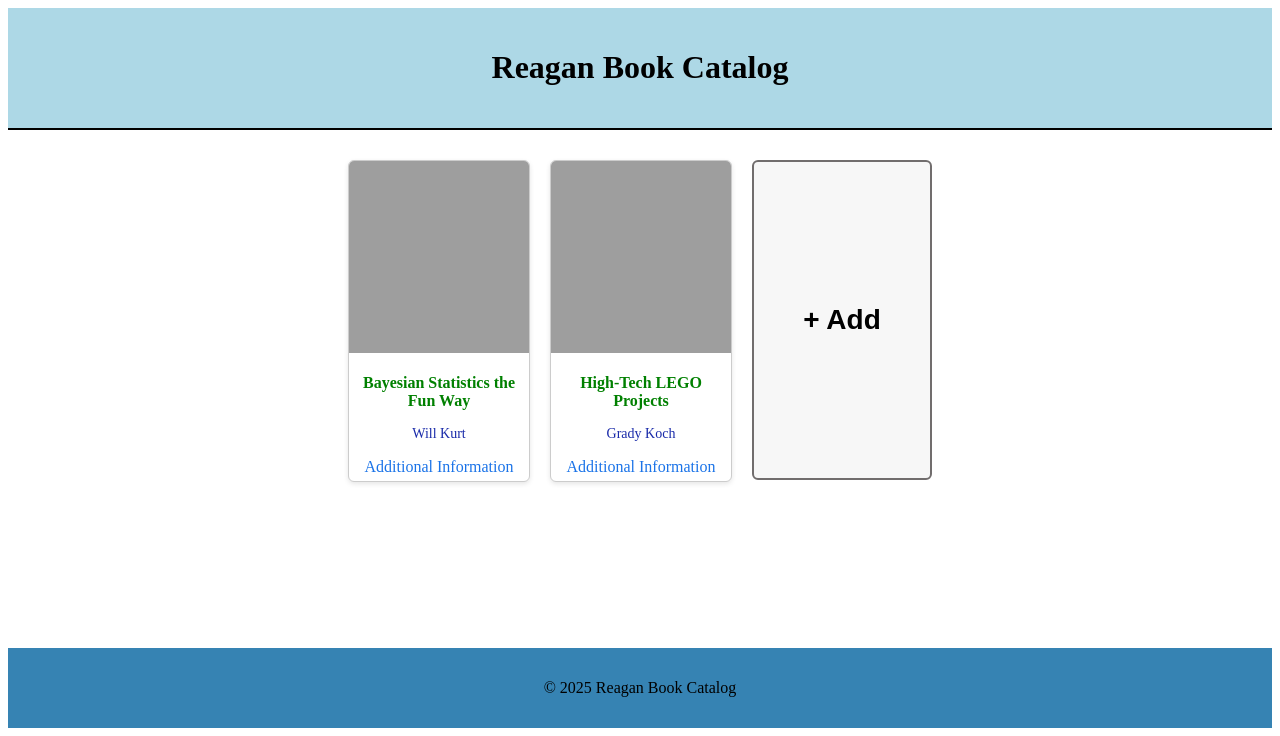
Repository: antyc0817/COMP-3170-Assignment-2-Reagan
Page: /
The author's editor kept a copy of each file at every save. The page is drawn from the files as they stood at one save, then again after the next save.
The browser window is 1280 px wide. The pictures show the whole page.
Pictures or frames that could not be fetched are drawn as grey boxes. The project was rebuilt for these pictures with package versions that can differ from the ones it lists, and the page was loaded fresh each time. Also part of the build but not shown: vite.config.js, src/index.css.

Above is the page before, as saved 2025-09-11 18:43:30.

After the next save:
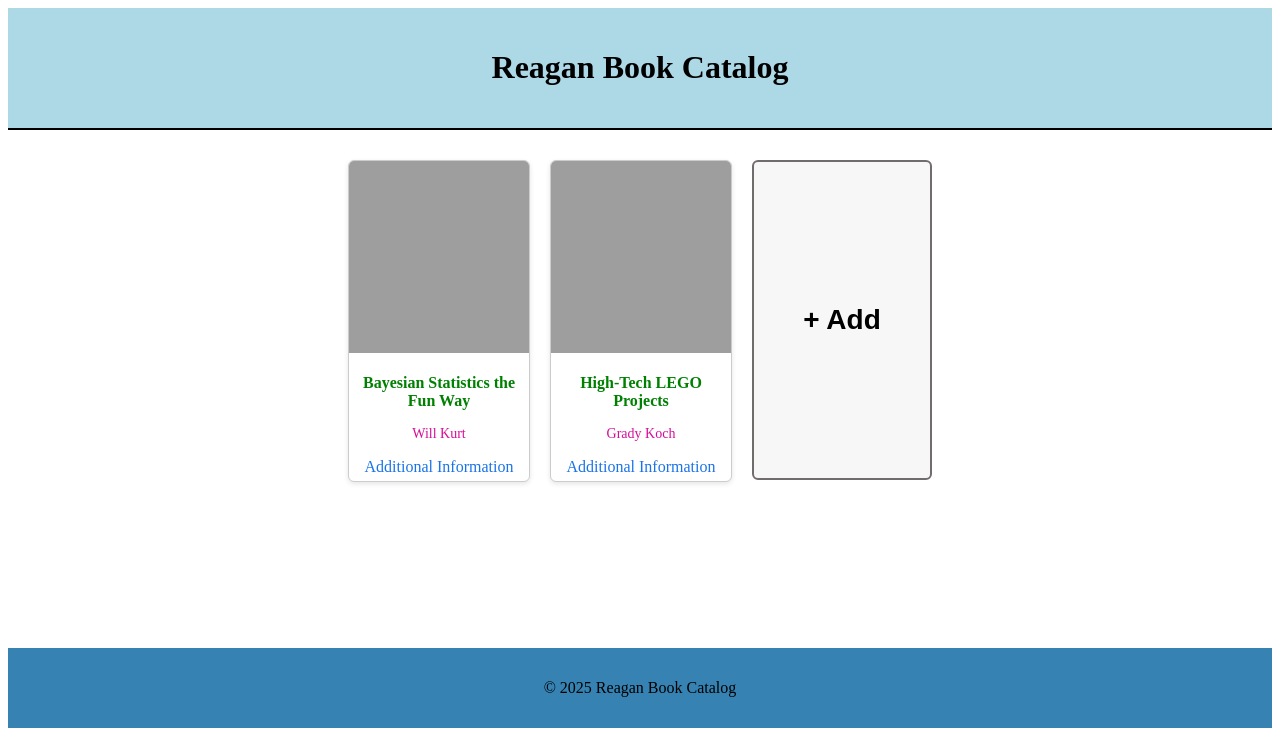
Saved 7 s later.
--- a/src/App.css
+++ b/src/App.css
@@ -64,7 +64,7 @@ use align-content for container that holds the book information
     margin: 0 0 5px 0;
     font-size: 14px;
     text-align: center;
-    color: #192aa9;
+    color: #d60d9a;
 }
 
 .book a {
